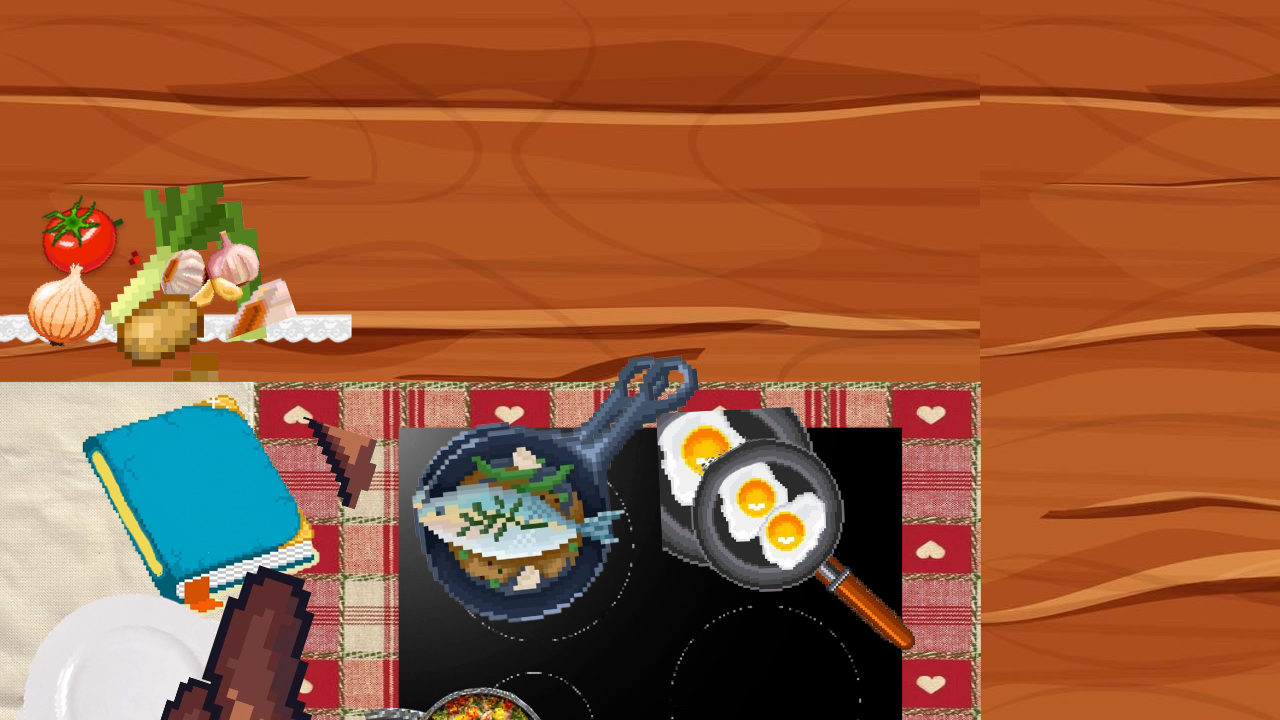
Repository: AJamdonuts/ToddyTalks
Page: playingaround2/pages/chefsujin.html
These files come from the project's save history. The page is drawn as it stood at one moment and after the next save; the edit follows.
The browser window is 1280 px wide. The pictures show the whole page.

Above is the page before, as saved 2025-11-26 20:10:01.

After the next save:
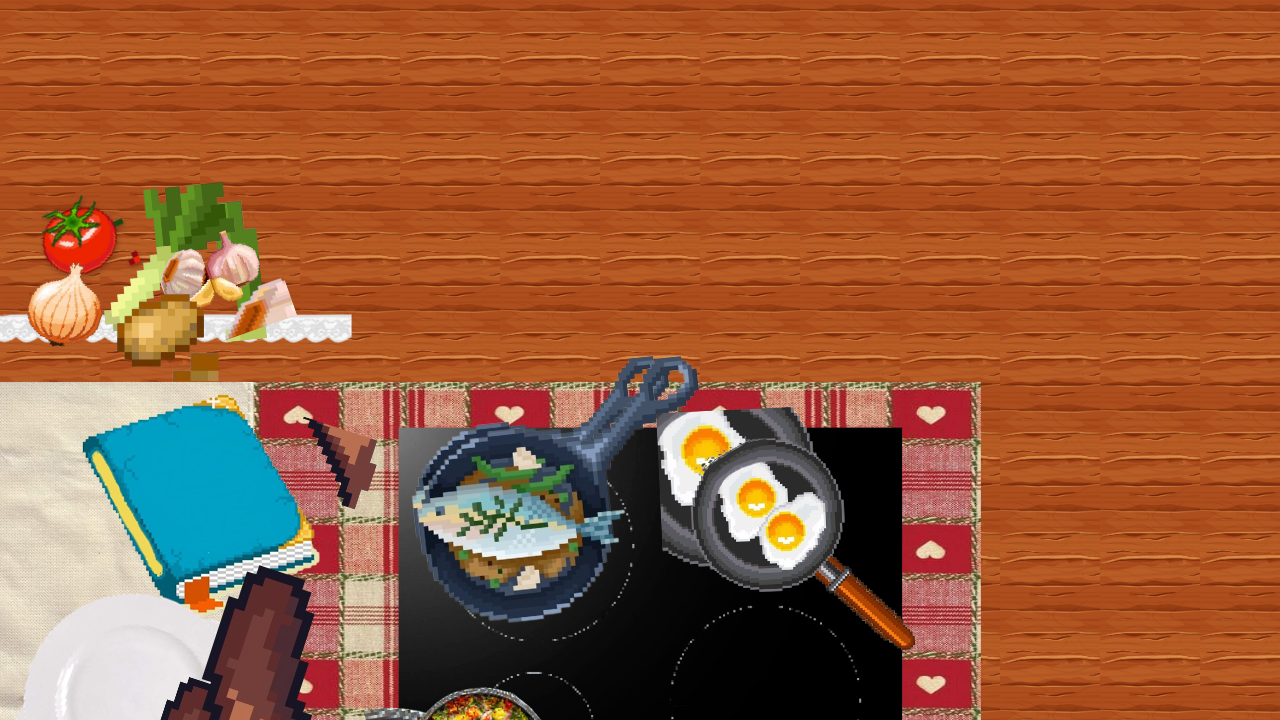
Saved 82 s later.
--- a/playingaround2/styles/chefsujin.css
+++ b/playingaround2/styles/chefsujin.css
@@ -22,12 +22,13 @@ body {
     display: flex;
     justify-content: center; /* horizontally center canvas */
     align-items: flex-end;   /* vertically position canvas as needed */
+
     background-image: url('/playingaround2/images/kitchencounter.jpg');
-    background-repeat: repeat;       /* repeat the image */
-    background-size: auto;           /* keep original size, don't stretch */
-    background-position: top left;   /* start tiling from top-left */
-    background-attachment: scroll;   /* background moves with page */
-    background-color: #ffffff;       /* fallback color if image missing */
+    background-repeat: repeat;      /* repeat the image */
+    background-size: 100px 100px;   /* set width and height for each tile */
+    background-position: top left;  /* start tiling from top-left */
+    background-attachment: scroll;  /* moves with page */
+    background-color: #ffffff;      /* fallback color */
 }
 
 .tomato {
